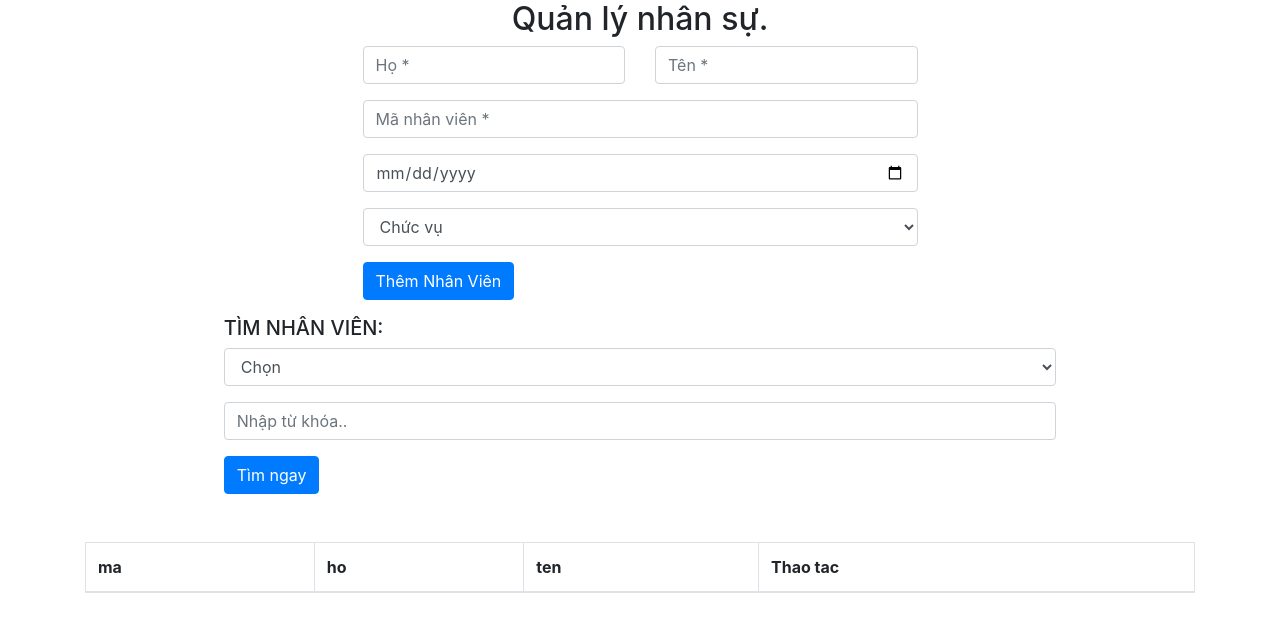
Repository: dovanthao2404/quanlynhanvien
Page: index.html
An editor plug-in stored every save of this project. The page is shown before and after the next save, followed by the edit.
The browser window is 1280 px wide. The pictures show the whole page.

Above is the page before, as saved 2021-06-30 17:45:20.

After the next save:
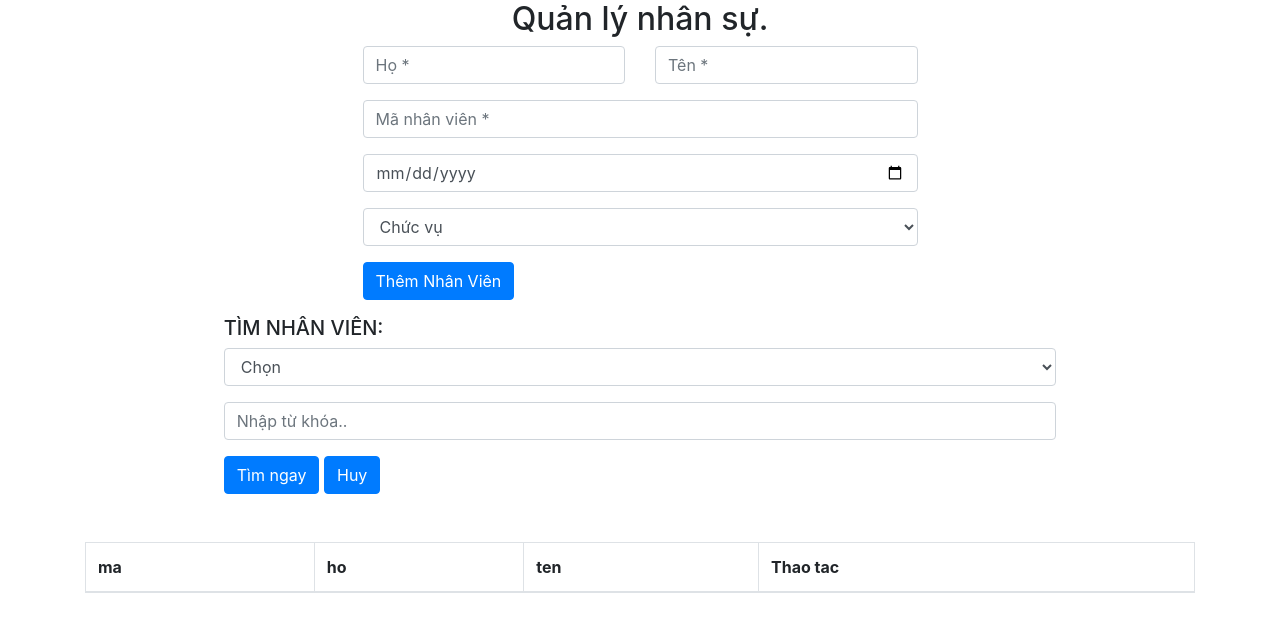
Saved 4 min 55 s later.
--- a/index.html
+++ b/index.html
@@ -90,6 +90,7 @@
           <input class="form-control" type="text" placeholder="Nhập từ khóa..">
         </div>
         <button class="btn btn-primary">Tìm ngay</button>
+        <button class="btn btn-primary">Huy</button>
       </div>
     </div>
 
